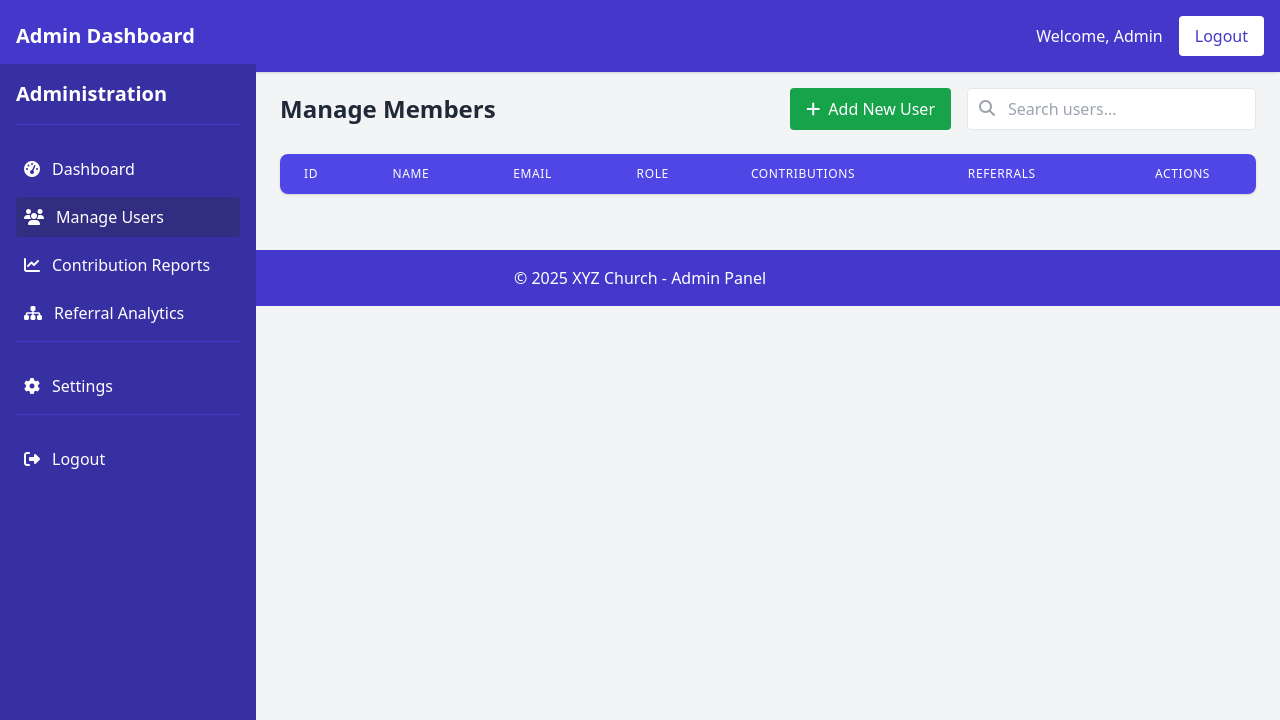
Repository: Lista-KM/church-platform
Page: http://localhost/admin/manage_users.php
The author's editor kept a copy of each file at every save. The page is drawn from the files as they stood at one save, then again after the next save.
The browser window is 1280 px wide. The pictures show the whole page.
Some web libraries are served in a nearby version. The page is run by PHP 8.4 with error messages shown; the project is at /var/www/html/. The session is filled in as if someone had signed in: {"user_id": 1, "is_admin": 1}. Queries for data that is not in the repository find no rows.

Above is the page before, as saved 2025-04-16 07:47:53.

After the next save:
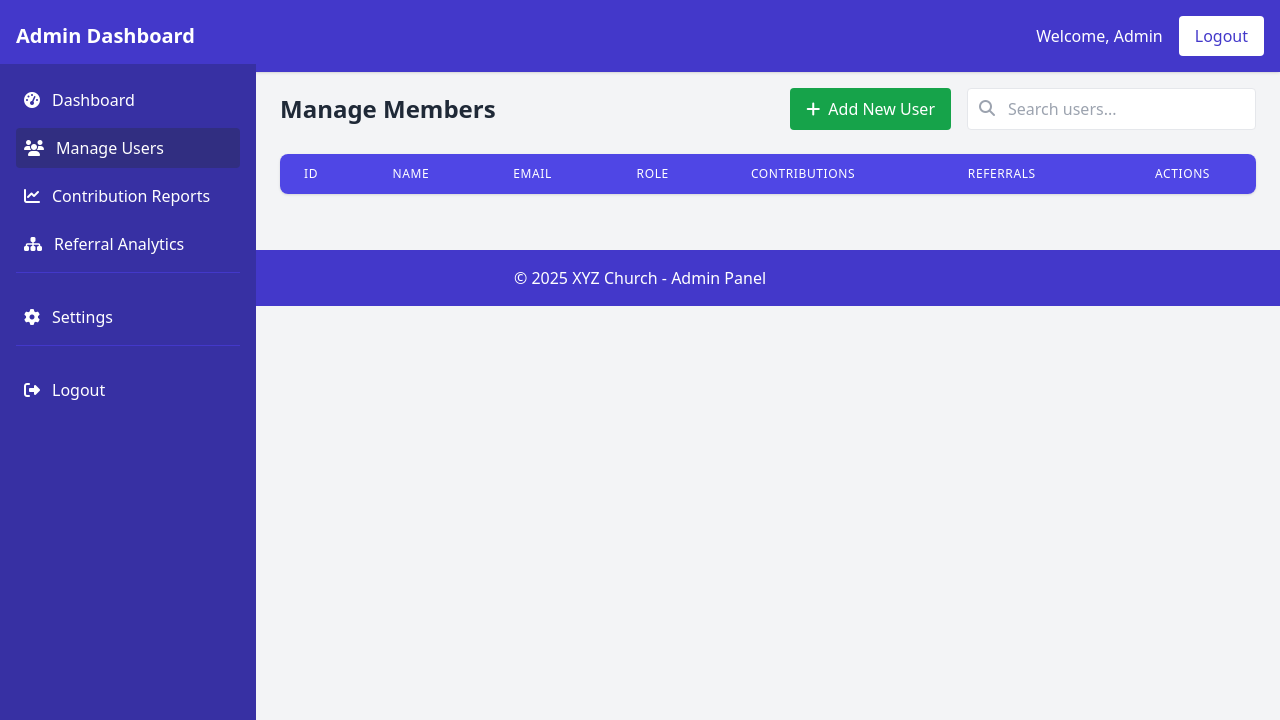
Saved 17 s later.
--- a/admin/manage_users.php
+++ b/admin/manage_users.php
@@ -117,9 +117,7 @@ $users = $stmt->fetchAll();
         <aside id="sidebar"
             class="bg-indigo-800 text-white w-64 min-h-screen fixed z-10 transition-transform duration-300 ease-in-out md:translate-x-0 transform -translate-x-full">
             <div class="p-4">
-                <div class="border-b border-indigo-700 pb-4 mb-6">
-                    <h2 class="text-xl font-bold">Administration</h2>
-                </div>
+
                 <nav>
                     <ul class="space-y-2">
                         <li>
